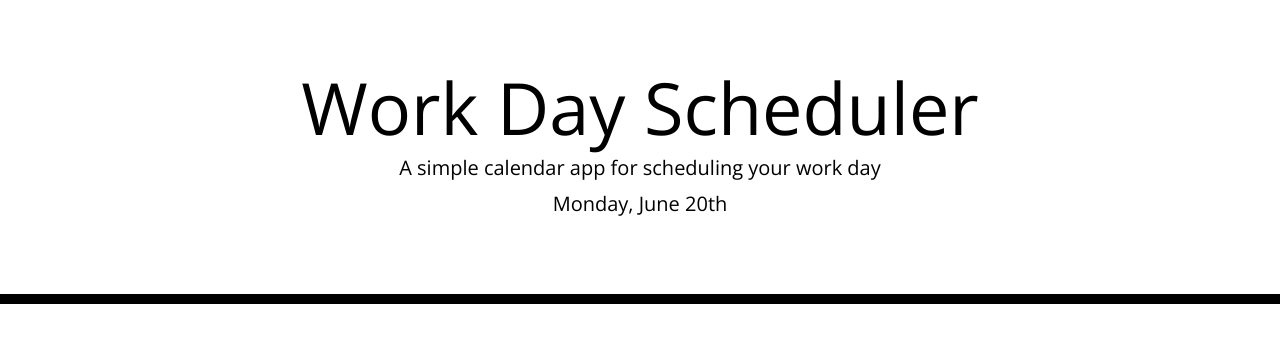
Repository: dtierney21/work-day-scheduler
Page: index.html
An editor plug-in stored every save of this project. The page is shown before and after the next save, followed by the edit.
The browser window is 1280 px wide. The pictures show the whole page.
Some web libraries are served in a nearby version.

Above is the page before, as saved 2022-06-28 11:23:13.

### index.html
<!DOCTYPE html>
<html lang="en">
  <head>
    <meta charset="UTF-8" />
    <meta name="viewport" content="width=device-width, initial-scale=1.0" />
    <meta http-equiv="X-UA-Compatible" content="ie=edge" />
    <link
      rel="stylesheet"
      href="https://stackpath.bootstrapcdn.com/bootstrap/4.3.1/css/bootstrap.min.css"
    />
    <link
      rel="stylesheet"
      href="https://use.fontawesome.com/releases/v5.8.1/css/all.css"
      integrity="sha384-50oBUHEmvpQ+1lW4y57PTFmhCaXp0ML5d60M1M7uH2+nqUivzIebhndOJK28anvf"
      crossorigin="anonymous"
    />
    <link
      href="https://fonts.googleapis.com/css?family=Open+Sans&display=swap"
      rel="stylesheet"
    />
    <link rel="stylesheet" href="./assets/css/style.css" />
    <title>Work Day Scheduler</title>
  </head>

  <body>
    <header class="jumbotron">
      <h1 class="display-3">Work Day Scheduler</h1>
      <p class="lead">A simple calendar app for scheduling your work day</p>
      <p id="currentDay" class="lead"></p>
    </header>
    <div class="container">
      <!-- Timeblocks go here -->
    </div>

    <script src="https://cdnjs.cloudflare.com/ajax/libs/jquery/3.2.1/jquery.min.js"></script>
    <script src="https://cdnjs.cloudflare.com/ajax/libs/moment.js/2.24.0/moment.min.js"></script>
    <script src="./assets/js/script.js"></script>
  </body>
</html>

### assets/css/style.css
body {
  font-family: 'Open Sans', sans-serif;
  font-size: 16px;
  line-height: 1;
}

textarea {
  background: transparent;
  border: none;
  resize: none;
  color: #000000;
  border-left: 1px solid black;
  padding: 10px;
}

.jumbotron {
  text-align: center;
  background-color: transparent;
  color: black;
  border-radius: 0;
  border-bottom: 10px solid black;
}

.description {
  white-space: pre-wrap;
}

.time-block {
  text-align: center;
  border-radius: 15px;
}

.row {
  white-space: pre-wrap;
  height: 80px;
  border-top: 1px solid white;
}

.hour {
  background-color: #ffffff;
  color: #000000;
  border-top: 1px dashed #000000;
}

.past {
  background-color: #d3d3d3;
  color: white;
}

.present {
  background-color: #ff6961;
  color: white;
}

.future {
  background-color: #77dd77;
  color: white;
}

.saveBtn {
  border-left: 1px solid black;
  border-top-right-radius: 15px;
  border-bottom-right-radius: 15px;
  background-color: #06aed5;
  color: white;
}

.saveBtn i:hover {
  font-size: 20px;
  transition: all 0.3s ease-in-out;
}

### assets/js/script.js
var now = moment();
console.log(now);

var currentDayEl = document.querySelector('#currentDay');
var today = moment().format('dddd, MMMM Do');


currentDayEl.textContent = today;

After the next save:
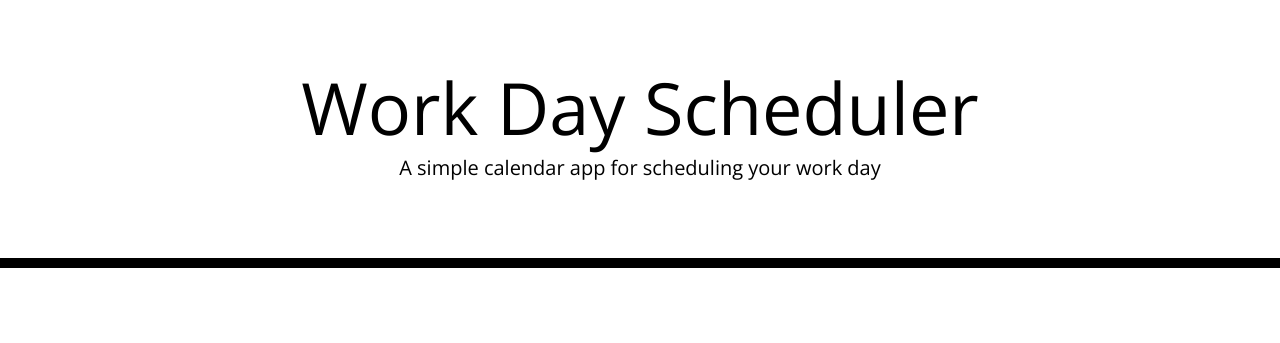
Saved 13 min 57 s later.
--- a/assets/js/script.js
+++ b/assets/js/script.js
@@ -1,7 +1,7 @@
 var now = moment();
 console.log(now);
 
-var currentDayEl = document.querySelector('#currentDay');
+var currentDayEl = $('#currentDay');
 var today = moment().format('dddd, MMMM Do');
 
 

After the 4 saves that followed:
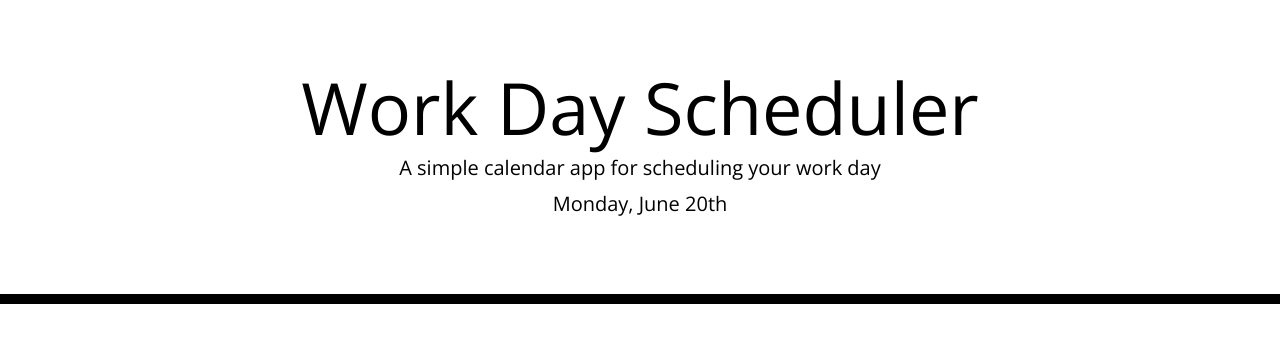
The 4 saves are shown as one change because 3 left the picture as it was.
The last was saved 4 min 35 s later.
--- a/index.html
+++ b/index.html
@@ -32,7 +32,7 @@
       <!-- Timeblocks go here -->
     </div>
 
-    <script src="https://cdnjs.cloudflare.com/ajax/libs/jquery/3.2.1/jquery.min.js"></script>
+    <script src="https://cdnjs.cloudflare.com/ajax/libs/jquery/3.5.1/jquery.min.js"></script>
     <script src="https://cdnjs.cloudflare.com/ajax/libs/moment.js/2.24.0/moment.min.js"></script>
     <script src="./assets/js/script.js"></script>
   </body>
--- a/assets/js/script.js
+++ b/assets/js/script.js
@@ -5,4 +5,4 @@ var currentDayEl = document.querySelector('#currentDay');
 var today = moment().format('dddd, MMMM Do');
 
 
-currentDayEl.textContent = today;
+currentDayEl.text(today);
